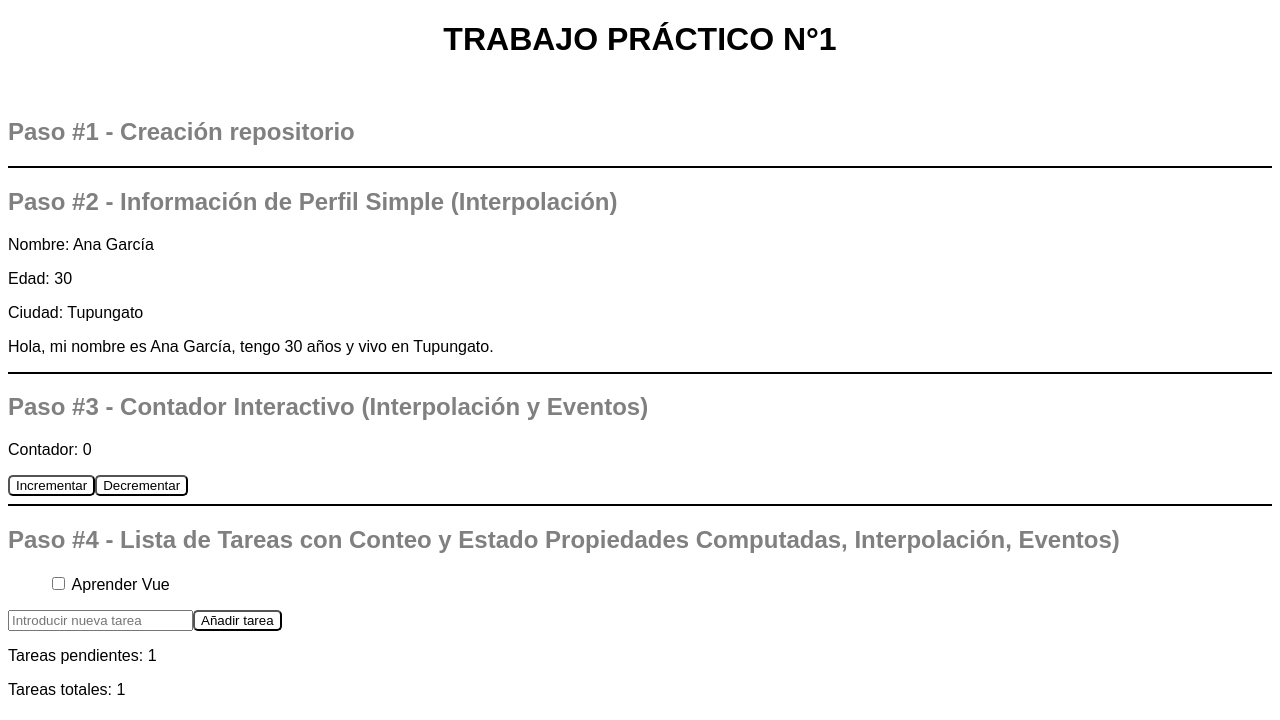
Repository: SofiaSferco/PWA
Page: practico01/index.html
An editor plug-in stored every save of this project. The page is shown before and after the next save, followed by the edit.
The browser window is 1280 px wide. The pictures show the whole page.

Above is the page before, as saved 2025-10-03 14:21:27.

### practico01/index.html
<!DOCTYPE html>
<html lang="en">
<head>
    <meta charset="UTF-8">
    <title>Trabajo Práctico 1</title>
    <script src="https://unpkg.com/vue@3/dist/vue.global.js"></script>
</head>
<body>
    <div id="app">
        <h1>TRABAJO PRÁCTICO N°1</h1>
        <br>
        <h2>Paso #1 - Creación repositorio</h2>
        <hr>
        <h2>{{ segundopaso }}</h2>
            <p>Nombre: {{ nombre }}</p>
            <p>Edad: {{ edad }}</p>
            <p>Ciudad: {{ ciudad }}</p>
            <p>Hola, mi nombre es {{ nombre }}, tengo {{ edad }} años y vivo en {{ ciudad }}.</p>
        <hr>
        <h2>{{ tercerpaso }}</h2>
            <p>Contador: {{ contador }}</p>
            <button v-on:click="contador++">Incrementar</button>
            <button @click="contador--">Decrementar</button>
        <hr>
        <h2>{{cuartopaso}}</h2>
        <ul>
            <li v-for="tarea in tareas" :key="tarea.id" :class="{tachar: tarea.completada}"><input type="checkbox" v-model="tarea.completada"> {{tarea.texto}}</li>
        </ul>
        <input v-model="nuevaTarea" placeholder="Introducir nueva tarea">
        <button @click="agregarTarea">Añadir tarea</button>
        <p>Tareas pendientes: {{tareasPendientes}}</p>
        <p>Tareas totales: {{tareasTotales}}</p>



    </div>
    <script>
        const { createApp } = Vue;
        createApp({
            data() {
                return {
                    segundopaso: 'Paso #2 - Información de Perfil Simple (Interpolación)',
                    nombre: 'Ana García',
                    edad: 30,
                    ciudad: 'Tupungato',
                    tercerpaso: 'Paso #3 - Contador Interactivo (Interpolación y Eventos)',
                    contador: 0,
                    cuartopaso: 'Paso #4 - Lista de Tareas con Conteo y Estado Propiedades Computadas, Interpolación, Eventos)',
                    nuevaTarea: '',
                    tareas: [{
                        id: 1,
                        texto: "Aprender Vue",
                        completada: false
                    }
                    ]
               }
            }, methods: {
                agregarTarea() {
                    if (this.nuevaTarea != "") { //asi como está admite espacios y permito agregar tareas vacias si uso this.nuevaTarea.trim() ahi limito eso
                        this.tareas.push({
                            id: this.tareas.length +1,
                            texto: this.nuevaTarea,
                            completada: false
                        })
                        }
                    this.nuevaTarea = '';
                    }
                }, computed: {
                    tareasPendientes() {
                        return this.tareas.filter (tarea => !tarea.completada).length;
                    },
                     tareasTotales() {
                        return this.tareas.length;
                    }
                }
            },
        ).mount('#app');
    </script>
</body>
<style>
    body {
        font-family: Arial, Helvetica, sans-serif;
        color: black
    }
    h1{
        text-align: center;
        color: black;
    }
    h2 {
        color: gray;
    }
    hr {
        border: 1px solid black
        }
    button {
        background-color: #ffff;
        color: black;
        cursor: pointer;
        border-radius: 5px;
    }
    button:hover {
        background-color: rgb(177, 177, 240);
    }
    ul {
        list-style-type: none;
    }
    .tachar{
        text-decoration: line-through;
        color: gray
    }
</style>
</html>

After the next save:
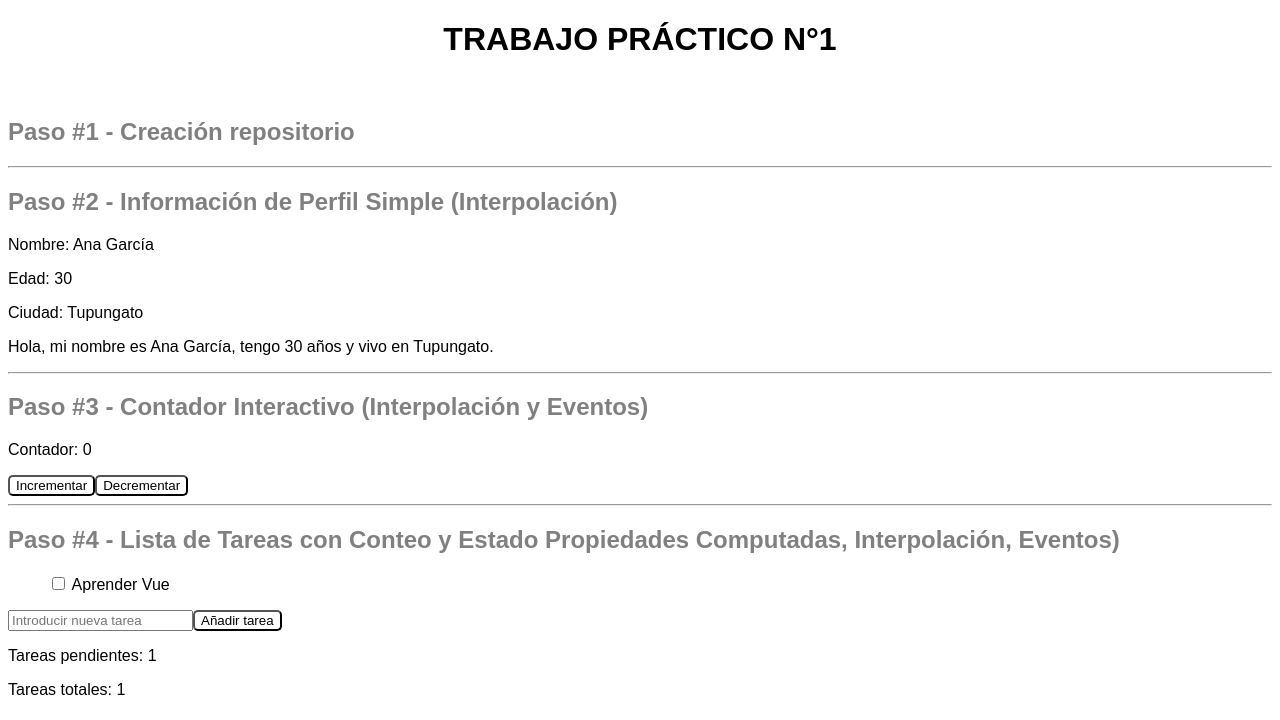
Saved 34 s later.
--- a/practico01/index.html
+++ b/practico01/index.html
@@ -89,9 +89,7 @@
     h2 {
         color: gray;
     }
-    hr {
-        border: 1px solid black
-        }
+
     button {
         background-color: #ffff;
         color: black;

After the save that followed:
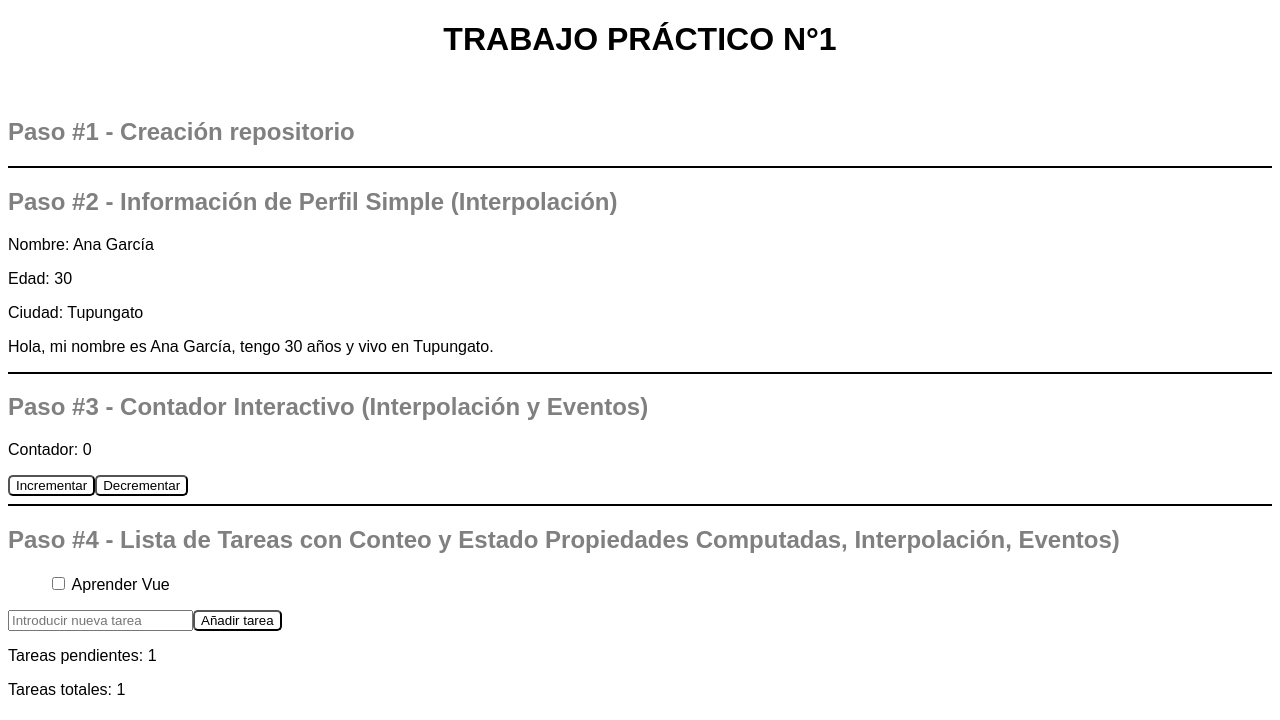
Saved 13 s later.
--- a/practico01/index.html
+++ b/practico01/index.html
@@ -89,7 +89,9 @@
     h2 {
         color: gray;
     }
-
+    hr {
+        border: 1px solid black
+        }
     button {
         background-color: #ffff;
         color: black;
